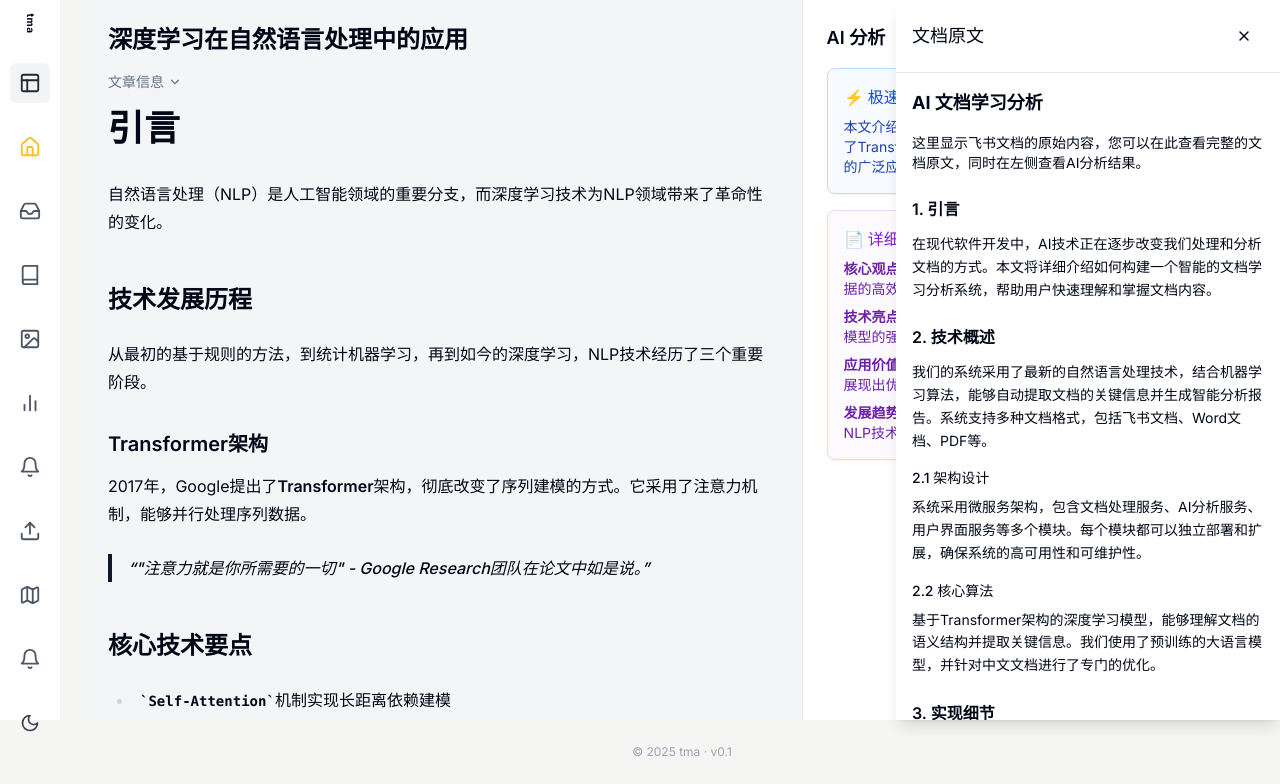
Repository: huzi7555/zsk888
Page: /demo, after clicking the first element matching `button.fixed`
These files come from the project's save history. The page is drawn as it stood at one moment and after the next save; the edit follows.
The browser window is 1280 px wide. The pictures show the whole page.
An inner scrolling area shows only its first screen. The project was rebuilt for these pictures with package versions that can differ from the ones it lists, and the page was loaded fresh each time. The framework's server and built-in components were replaced by stand-ins that run in the browser. Also part of the build but not shown: next.config.mjs, app/components/RichEditor.tsx, app/components/SourceSelector.tsx, app/components/TagChip.tsx, app/store.ts, app/utils/aiFake.ts, app/utils/docParsers.ts, components/ui/input.tsx and 2 more.

Above is the page before, as saved 2025-06-11 10:46:51.

### app/layout.tsx
import "@/app/globals.css"
import type { ReactNode } from "react"
import { ThemeProvider } from "@/components/theme-provider"
import type { Metadata } from "next"
import { Inter as FontSans } from "next/font/google"
import { cn } from "@/lib/utils"
import LayoutShell from "@/app/components/LayoutShell"

const fontSans = FontSans({
  subsets: ["latin"],
  variable: "--font-sans",
})

export const metadata: Metadata = {
  title: "Taskmaster AI",
  description: "Your intelligent task management assistant.",
}

export default function RootLayout({ children }: { children: ReactNode }) {
  return (
    <html lang="en" suppressHydrationWarning>
      <head />
      <body
        className={cn(
          "min-h-screen bg-stone-100 font-sans antialiased dark:bg-stone-950",
          fontSans.variable
        )}
      >
        <ThemeProvider attribute="class" defaultTheme="system" enableSystem disableTransitionOnChange>
          <LayoutShell>{children}</LayoutShell>
        </ThemeProvider>
      </body>
    </html>
  )
}

### app/demo/page.tsx
import ArticleAnalysisLayout from "@/components/ArticleAnalysisLayout";

export default function DemoPage() {
  const mockArticle = {
    title: "深度学习在自然语言处理中的应用",
    content: `
      <h1>引言</h1>
      <p>自然语言处理（NLP）是人工智能领域的重要分支，而深度学习技术为NLP领域带来了革命性的变化。</p>

      <h2>技术发展历程</h2>
      <p>从最初的基于规则的方法，到统计机器学习，再到如今的深度学习，NLP技术经历了三个重要阶段。</p>

      <h3>Transformer架构</h3>
      <p>2017年，Google提出了<strong>Transformer</strong>架构，彻底改变了序列建模的方式。它采用了注意力机制，能够并行处理序列数据。</p>

      <blockquote>
        <p>"注意力就是你所需要的一切" - Google Research团队在论文中如是说。</p>
      </blockquote>

      <h2>核心技术要点</h2>
      <ul>
        <li><code>Self-Attention</code>机制实现长距离依赖建模</li>
        <li>多头注意力提升模型表达能力</li>
        <li>位置编码处理序列位置信息</li>
        <li>残差连接和层归一化确保训练稳定性</li>
      </ul>

      <h2>应用场景</h2>
      <p>深度学习在NLP中的应用非常广泛：</p>
      <ol>
        <li>机器翻译系统</li>
        <li>文本摘要生成</li>
        <li>对话系统与聊天机器人</li>
        <li>情感分析与文本分类</li>
      </ol>

      <h2>未来展望</h2>
      <p>随着大型语言模型的不断发展，我们期待看到更多创新的应用场景。从GPT系列到最新的多模态模型，技术发展日新月异。</p>
    `,
    meta: (
      <div className="space-y-2">
        <div><strong>作者:</strong> AI研究团队</div>
        <div><strong>发布时间:</strong> 2024年1月15日</div>
        <div><strong>字数:</strong> 约 1,200 字</div>
        <div><strong>标签:</strong> 深度学习, NLP, Transformer, AI</div>
        <div><strong>来源:</strong> 技术博客</div>
      </div>
    )
  };

  const mockAnalysis = {
    speedy: (
      <div>
        <h4 className="font-medium text-blue-700 mb-2">⚡ 极速摘要</h4>
        <p className="text-sm text-blue-800">
          本文介绍了深度学习在自然语言处理中的革命性应用，重点阐述了Transformer架构的重要性及其在机器翻译、文本摘要等领域的广泛应用前景。
        </p>
      </div>
    ),
    detail: (
      <div>
        <h4 className="font-medium text-purple-700 mb-2">📄 详细分析</h4>
        <div className="text-sm text-purple-800 space-y-2">
          <p><strong>核心观点:</strong> Transformer架构通过自注意力机制实现了对序列数据的高效并行处理。</p>
          <p><strong>技术亮点:</strong> 多头注意力、位置编码、残差连接等关键技术确保了模型的强大表达能力。</p>
          <p><strong>应用价值:</strong> 在机器翻译、对话系统、文本分类等多个NLP任务中展现出优异性能。</p>
          <p><strong>发展趋势:</strong> 从GPT到多模态模型，大型语言模型正在不断推动NLP技术边界。</p>
        </div>
      </div>
    )
  };

  return (
    <div className="h-screen">
      <ArticleAnalysisLayout
        article={mockArticle}
        analysis={mockAnalysis}
      />
    </div>
  );
}

### app/globals.css
@tailwind base;
@tailwind components;
@tailwind utilities;

body {
  font-family: Arial, Helvetica, sans-serif;
}

@layer utilities {
  .text-balance {
    text-wrap: balance;
  }
}

@layer base {
  :root {
    --background: 0 0% 100%;
    --foreground: 222.2 84% 4.9%;
    --card: 0 0% 100%;
    --card-foreground: 222.2 84% 4.9%;
    --popover: 0 0% 100%;
    --popover-foreground: 222.2 84% 4.9%;
    --primary: 222.2 47.4% 11.2%;
    --primary-foreground: 210 40% 98%;
    --secondary: 210 40% 96.1%;
    --secondary-foreground: 222.2 47.4% 11.2%;
    --muted: 210 40% 96.1%;
    --muted-foreground: 215.4 16.3% 46.9%;
    --accent: 210 40% 96.1%;
    --accent-foreground: 222.2 47.4% 11.2%;
    --destructive: 0 84.2% 60.2%;
    --destructive-foreground: 210 40% 98%;
    --border: 214.3 31.8% 91.4%;
    --input: 214.3 31.8% 91.4%;
    --ring: 222.2 84% 4.9%;
    --chart-1: 12 76% 61%;
    --chart-2: 173 58% 39%;
    --chart-3: 197 37% 24%;
    --chart-4: 43 74% 66%;
    --chart-5: 27 87% 67%;
    --radius: 0.5rem;
    --sidebar-background: 0 0% 98%; /* Will be overridden by global background */
    --sidebar-foreground: 240 5.3% 26.1%;
    --sidebar-primary: 240 5.9% 10%;
    --sidebar-primary-foreground: 0 0% 98%;
    --sidebar-accent: 240 4.8% 95.9%;
    --sidebar-accent-foreground: 240 5.9% 10%;
    --sidebar-border: 220 13% 91%;
    --sidebar-ring: 217.2 91.2% 59.8%;
    --page-bg: var(--background); /* Added for static header background */
  }
  .dark {
    --background: 222.2 84% 4.9%;
    --foreground: 210 40% 98%;
    --card: 222.2 84% 4.9%;
    --card-foreground: 210 40% 98%;
    --popover: 222.2 84% 4.9%;
    --popover-foreground: 210 40% 98%;
    --primary: 210 40% 98%;
    --primary-foreground: 222.2 47.4% 11.2%;
    --secondary: 217.2 32.6% 17.5%;
    --secondary-foreground: 210 40% 98%;
    --muted: 217.2 32.6% 17.5%;
    --muted-foreground: 215 20.2% 65.1%;
    --accent: 217.2 32.6% 17.5%;
    --accent-foreground: 210 40% 98%;
    --destructive: 0 62.8% 30.6%;
    --destructive-foreground: 210 40% 98%;
    --border: 217.2 32.6% 17.5%;
    --input: 217.2 32.6% 17.5%;
    --ring: 212.7 26.8% 83.9%;
    --chart-1: 220 70% 50%;
    --chart-2: 160 60% 45%;
    --chart-3: 30 80% 55%;
    --chart-4: 280 65% 60%;
    --chart-5: 340 75% 55%;
    --sidebar-background: 240 5.9% 10%; /* Will be overridden by global background */
    --sidebar-foreground: 240 4.8% 95.9%;
    --sidebar-primary: 224.3 76.3% 48%;
    --sidebar-primary-foreground: 0 0% 100%;
    --sidebar-accent: 240 3.7% 15.9%;
    --sidebar-accent-foreground: 240 4.8% 95.9%;
    --sidebar-border: 240 3.7% 15.9%;
    --sidebar-ring: 217.2 91.2% 59.8%;
    --page-bg-dark: var(--background); /* Added for static header background in dark mode */
  }
}

@layer base {
  * {
    @apply border-border;
  }
  html,
  body {
    /* Changed from body to html, body */
    @apply bg-background text-foreground;
  }
}

/* Markdown styling for prose */
.prose {
  color: var(--foreground);
}

.prose h1,
.prose h2,
.prose h3,
.prose h4,
.prose h5,
.prose h6 {
  color: var(--foreground);
}

.prose p {
  color: var(--foreground);
}

.prose a {
  color: var(--primary);
}

.prose code {
  background-color: var(--muted);
  color: var(--muted-foreground);
}

.prose pre {
  background-color: var(--muted);
  color: var(--muted-foreground);
}

.dark .prose {
  color: var(--foreground); /* In dark mode, foreground is light */
}

.dark .prose h1,
.dark .prose h2,
.dark .prose h3,
.dark .prose h4,
.dark .prose h5,
.dark .prose h6 {
  color: var(--foreground);
}

.dark .prose p {
  color: var(--foreground);
}

.dark .prose a {
  color: var(--primary); /* Primary is light in dark mode */
}

.dark .prose code {
  background-color: var(--muted);
  color: var(--muted-foreground);
}

.dark .prose pre {
  background-color: var(--muted);
  color: var(--muted-foreground);
}

### app/components/LayoutShell.tsx
"use client"
import { useState, type ReactNode } from "react"
import { LayoutPanelLeft } from "lucide-react"
import SideBar from "@/app/components/SideBar"
import { SiteFooter } from "@/app/components/SiteFooter"
import AppHeader from "@/app/components/AppHeader"
export default function LayoutShell({ children }: { children: ReactNode }) {
  const [collapsed, setCollapsed] = useState(false)

  const toggleCollapsed = () => setCollapsed(!collapsed)

  return (
    <>
      {/* SideBar with toggle function passed */}
      <SideBar collapsed={collapsed} toggleCollapsed={toggleCollapsed} />

      {/* AppHeader with quick upload button */}
      <AppHeader />

      {/* Collapsed state toggle button - only visible when sidebar is collapsed */}
      {collapsed && (
        <button
          onClick={toggleCollapsed}
          aria-label="Expand sidebar"
          className="fixed top-4 left-4 z-40 w-10 h-10 rounded-md bg-white shadow-sm transition
                   text-gray-800 hover:text-gray-900
                   flex items-center justify-center"
        >
          <LayoutPanelLeft size={22} />
        </button>
      )}

      {/* Content */}
      <div className={`min-h-screen flex flex-col transition-all duration-300 ${collapsed ? "pl-6" : "pl-[84px]"}`}>
        <main className="flex-1">{children}</main>
        <SiteFooter />
      </div>


    </>
  )
}

### app/components/SiteFooter.tsx
"use client"

export function SiteFooter() {
  return <footer className="w-full py-6 text-center text-xs text-gray-400">© 2025&nbsp;tma&nbsp;·&nbsp;v0.1</footer>
}

### app/components/AppHeader.tsx
"use client"
import QuickUploadTrigger from "@/app/components/QuickUploadTrigger"

export default function AppHeader() {
  return (
    <header className="fixed top-0 right-0 z-40 p-4">
      <QuickUploadTrigger />
    </header>
  )
}

### components/ui/card.tsx
import * as React from "react"

import { cn } from "@/lib/utils"

const Card = React.forwardRef<
  HTMLDivElement,
  React.HTMLAttributes<HTMLDivElement>
>(({ className, ...props }, ref) => (
  <div
    ref={ref}
    className={cn(
      "rounded-lg border bg-card text-card-foreground shadow-sm",
      className
    )}
    {...props}
  />
))
Card.displayName = "Card"

const CardHeader = React.forwardRef<
  HTMLDivElement,
  React.HTMLAttributes<HTMLDivElement>
>(({ className, ...props }, ref) => (
  <div
    ref={ref}
    className={cn("flex flex-col space-y-1.5 p-6", className)}
    {...props}
  />
))
CardHeader.displayName = "CardHeader"

const CardTitle = React.forwardRef<
  HTMLDivElement,
  React.HTMLAttributes<HTMLDivElement>
>(({ className, ...props }, ref) => (
  <div
    ref={ref}
    className={cn(
      "text-2xl font-semibold leading-none tracking-tight",
      className
    )}
    {...props}
  />
))
CardTitle.displayName = "CardTitle"

const CardDescription = React.forwardRef<
  HTMLDivElement,
  React.HTMLAttributes<HTMLDivElement>
>(({ className, ...props }, ref) => (
  <div
    ref={ref}
    className={cn("text-sm text-muted-foreground", className)}
    {...props}
  />
))
CardDescription.displayName = "CardDescription"

const CardContent = React.forwardRef<
  HTMLDivElement,
  React.HTMLAttributes<HTMLDivElement>
>(({ className, ...props }, ref) => (
  <div ref={ref} className={cn("p-6 pt-0", className)} {...props} />
))
CardContent.displayName = "CardContent"

const CardFooter = React.forwardRef<
  HTMLDivElement,
  React.HTMLAttributes<HTMLDivElement>
>(({ className, ...props }, ref) => (
  <div
    ref={ref}
    className={cn("flex items-center p-6 pt-0", className)}
    {...props}
  />
))
CardFooter.displayName = "CardFooter"

export { Card, CardHeader, CardFooter, CardTitle, CardDescription, CardContent }

### components/ui/button.tsx
import * as React from "react"
import { Slot } from "@radix-ui/react-slot"
import { cva, type VariantProps } from "class-variance-authority"

import { cn } from "@/lib/utils"

const buttonVariants = cva(
  "inline-flex items-center justify-center gap-2 whitespace-nowrap rounded-md text-sm font-medium ring-offset-background transition-colors focus-visible:outline-none disabled:pointer-events-none disabled:opacity-50 [&_svg]:pointer-events-none [&_svg]:size-4 [&_svg]:shrink-0",
  {
    variants: {
      variant: {
        default: "bg-primary text-primary-foreground hover:bg-primary/90",
        destructive: "bg-destructive text-destructive-foreground hover:bg-destructive/90",
        outline: "border border-input bg-background hover:bg-accent hover:text-accent-foreground",
        secondary: "bg-secondary text-secondary-foreground hover:bg-secondary/80",
        ghost: "hover:bg-accent hover:text-accent-foreground",
        link: "text-primary underline-offset-4 hover:underline",
      },
      size: {
        default: "h-10 px-4 py-2",
        sm: "h-9 rounded-md px-3",
        lg: "h-11 rounded-md px-8",
        icon: "h-10 w-10",
      },
    },
    defaultVariants: {
      variant: "default",
      size: "default",
    },
  },
)

export interface ButtonProps
  extends React.ButtonHTMLAttributes<HTMLButtonElement>,
    VariantProps<typeof buttonVariants> {
  asChild?: boolean
}

const Button = React.forwardRef<HTMLButtonElement, ButtonProps>(
  ({ className, variant, size, asChild = false, type = "button", ...props }, ref) => {
    const Comp = asChild ? Slot : "button"
    return <Comp className={cn(buttonVariants({ variant, size, className }))} ref={ref} type={type} {...props} />
  },
)
Button.displayName = "Button"

export { Button, buttonVariants }

### components/ChatDrawer.tsx
"use client";

import { AnimatePresence, motion } from "framer-motion";
import { X } from "lucide-react";
import { Button } from "@/components/ui/button";

interface ChatDrawerProps {
  open: boolean;
  onClose: () => void;
}

/**
 * 右侧抽屉
 * ------------------------------------------------------------------
 * ✧ 固定在 viewport 右侧（`right-0`）\
 * ✧ 宽度：移动端占满宽度；≥ 768 px 时固定 384 px（`w-full md:w-96`）\
 * ✧ framer-motion 进入 / 退出动画\
 * ------------------------------------------------------------------
 */
export default function ChatDrawer({ open, onClose }: ChatDrawerProps) {
  return (
    <AnimatePresence>
      {open && (
        <motion.div
          key="chat-drawer"
          initial={{ x: "100%" }}
          animate={{ x: 0 }}
          exit={{ x: "100%" }}
          transition={{ type: "tween", duration: 0.25 }}
          className="fixed inset-y-0 right-0 z-50 w-full md:w-96 shadow-lg bg-background flex flex-col outline-none"
        >
          {/* —— 顶部栏 —— */}
          <div className="flex items-center justify-between p-4 border-b">
            <h2 className="font-medium text-lg">文档原文</h2>
            <Button
              onClick={onClose}
              variant="ghost"
              size="icon"
              aria-label="关闭"
            >
              <X className="h-5 w-5" />
            </Button>
          </div>

          {/* —— 内容区域 —— */}
          <div className="flex-1 overflow-y-auto p-4 space-y-3">
            <div className="prose prose-sm max-w-none">
              <h1 className="text-lg font-bold mb-4">AI 文档学习分析</h1>
              <p className="text-gray-600 text-sm mb-4">
                这里显示飞书文档的原始内容，您可以在此查看完整的文档原文，同时在左侧查看AI分析结果。
              </p>

              <h2 className="text-base font-semibold mt-6 mb-3">1. 引言</h2>
              <p className="text-gray-700 text-sm mb-4 leading-relaxed">
                在现代软件开发中，AI技术正在逐步改变我们处理和分析文档的方式。本文将详细介绍如何构建一个智能的文档学习分析系统，帮助用户快速理解和掌握文档内容。
              </p>

              <h2 className="text-base font-semibold mt-6 mb-3">2. 技术概述</h2>
              <p className="text-gray-700 text-sm mb-4 leading-relaxed">
                我们的系统采用了最新的自然语言处理技术，结合机器学习算法，能够自动提取文档的关键信息并生成智能分析报告。系统支持多种文档格式，包括飞书文档、Word文档、PDF等。
              </p>

              <h3 className="text-sm font-medium mt-4 mb-2">2.1 架构设计</h3>
              <p className="text-gray-700 text-sm mb-3 leading-relaxed">
                系统采用微服务架构，包含文档处理服务、AI分析服务、用户界面服务等多个模块。每个模块都可以独立部署和扩展，确保系统的高可用性和可维护性。
              </p>

              <h3 className="text-sm font-medium mt-4 mb-2">2.2 核心算法</h3>
              <p className="text-gray-700 text-sm mb-3 leading-relaxed">
                基于Transformer架构的深度学习模型，能够理解文档的语义结构并提取关键信息。我们使用了预训练的大语言模型，并针对中文文档进行了专门的优化。
              </p>

              <h2 className="text-base font-semibold mt-6 mb-3">3. 实现细节</h2>
              <p className="text-gray-700 text-sm mb-4 leading-relaxed">
                详细的实现包括数据预处理、模型训练、推理优化等多个步骤。我们特别关注了中文文本的特殊处理，包括分词、实体识别、关系提取等。
              </p>

              <h3 className="text-sm font-medium mt-4 mb-2">3.1 数据预处理</h3>
              <p className="text-gray-700 text-sm mb-3 leading-relaxed">
                文档首先经过格式化处理，去除无关的格式信息，保留核心文本内容。然后进行分段、分句等预处理步骤。
              </p>

              <h3 className="text-sm font-medium mt-4 mb-2">3.2 特征提取</h3>
              <p className="text-gray-700 text-sm mb-3 leading-relaxed">
                使用预训练模型提取文本的语义特征，生成高维向量表示，为后续的分析和理解提供基础。
              </p>

              <h2 className="text-base font-semibold mt-6 mb-3">4. 功能特性</h2>
              <ul className="text-gray-700 text-sm space-y-2 mb-4">
                <li>• 智能摘要生成：自动提取文档关键信息</li>
                <li>• 结构化分析：识别文档的层次结构</li>
                <li>• 关键词提取：自动标记重要概念</li>
                <li>• 问答系统：基于文档内容的智能问答</li>
              </ul>

              <h2 className="text-base font-semibold mt-6 mb-3">5. 总结</h2>
              <p className="text-gray-700 text-sm mb-4 leading-relaxed">
                通过本系统，用户可以快速获得文档的核心内容和智能分析，大大提高了学习和工作效率。未来我们将继续优化算法，提升分析的准确性和实用性。
              </p>
            </div>
          </div>
        </motion.div>
      )}
    </AnimatePresence>
  );
}

### components/FoldableMeta.tsx
"use client";

import { useState } from "react";
import { ChevronDown, ChevronUp } from "lucide-react";

export default function FoldableMeta({ children }: { children: React.ReactNode }) {
  const [open, setOpen] = useState(false);

  return (
    <div className="mb-4">
      <button
        onClick={() => setOpen(!open)}
        className="flex items-center gap-1 text-sm text-muted-foreground hover:text-foreground transition-colors"
      >
        文章信息 {open ? <ChevronUp size={14} /> : <ChevronDown size={14} />}
      </button>
      {open && (
        <div className="mt-2 text-sm text-muted-foreground bg-muted/30 rounded-lg p-3 border">
          {children}
        </div>
      )}
    </div>
  );
}

### app/components/QuickUploadTrigger.tsx
"use client"
import * as Dialog from "@radix-ui/react-dialog"
import { useRef } from "react"
import { Zap } from "lucide-react"
import { Button } from "@/components/ui/button"
import UploadFormContent from "@/app/components/UploadFormContent"

export default function QuickUploadTrigger() {
  const formRef = useRef<{ submit: () => void } | null>(null)

  return (
    <Dialog.Root>
      <Dialog.Trigger asChild>
        <Button
          variant="ghost"
          size="icon"
          className="text-gray-600 hover:text-gray-800 transition-colors dark:text-gray-400 dark:hover:text-white"
          title="快速上传"
        >
          <Zap size={20} />
        </Button>
      </Dialog.Trigger>
      <Dialog.Portal>
        <Dialog.Content
          className="fixed right-0 top-0 h-full w-[480px] flex flex-col
                                  bg-white dark:bg-[#333] shadow z-50" // z-50 retained
        >
          <div className="flex-1 overflow-y-auto p-6">
            <UploadFormContent ref={formRef} showFooter={false} />
          </div>

          {/* 统一的确认条（只有这一条） */}
          <div
            className="h-16 shrink-0 flex items-center justify-end gap-4 px-6 border-t
                          bg-white/90 dark:bg-[#222]/90 backdrop-blur"
          >
            <Dialog.Close asChild>
              <Button variant="ghost" className="text-gray-600 hover:text-black dark:text-gray-300">
                取消
              </Button>
            </Dialog.Close>

            {/* 用 Dialog.Close 包裹确认按钮，提交后自动关闭 */}
            <Dialog.Close asChild>
              <Button variant="default" onClick={() => formRef.current?.submit()}>
                确认上传
              </Button>
            </Dialog.Close>
          </div>
        </Dialog.Content>
      </Dialog.Portal>
    </Dialog.Root>
  )
}

### tailwind.config.ts
import type { Config } from "tailwindcss"
import { fontFamily } from "tailwindcss/defaultTheme"

const config = {
  darkMode: ["class"],
  content: [
    './app/**/*.{js,ts,jsx,tsx,mdx}',
    './components/**/*.{js,ts,jsx,tsx,mdx}',
  ],
  prefix: "",
  theme: {
    container: {
      center: true,
      padding: "2rem",
      screens: {
        "2xl": "1400px",
      },
    },
    extend: {
      fontFamily: {
        sans: ["var(--font-sans)", ...fontFamily.sans],
      },
      colors: {
        border: "hsl(var(--border))",
        input: "hsl(var(--input))",
        ring: "hsl(var(--ring))",
        background: "hsl(var(--background))",
        foreground: "hsl(var(--foreground))",
        primary: {
          DEFAULT: "hsl(var(--primary))",
          foreground: "hsl(var(--primary-foreground))",
        },
        secondary: {
          DEFAULT: "hsl(var(--secondary))",
          foreground: "hsl(var(--secondary-foreground))",
        },
        destructive: {
          DEFAULT: "hsl(var(--destructive))",
          foreground: "hsl(var(--destructive-foreground))",
        },
        muted: {
          DEFAULT: "hsl(var(--muted))",
          foreground: "hsl(var(--muted-foreground))",
        },
        accent: {
          DEFAULT: "hsl(var(--accent))",
          foreground: "hsl(var(--accent-foreground))",
        },
        popover: {
          DEFAULT: "hsl(var(--popover))",
          foreground: "hsl(var(--popover-foreground))",
        },
        card: {
          DEFAULT: "hsl(var(--card))",
          foreground: "hsl(var(--card-foreground))",
        },
      },
      borderRadius: {
        lg: "var(--radius)",
        md: "calc(var(--radius) - 2px)",
        sm: "calc(var(--radius) - 4px)",
      },
      keyframes: {
        "accordion-down": {
          from: { height: "0" },
          to: { height: "var(--radix-accordion-content-height)" },
        },
        "accordion-up": {
          from: { height: "var(--radix-accordion-content-height)" },
          to: { height: "0" },
        },
      },
      animation: {
        "accordion-down": "accordion-down 0.2s ease-out",
        "accordion-up": "accordion-up 0.2s ease-out",
      },
      transitionProperty: {
        'width': 'width',
        'width-height': 'width, height',
      },
    },
  },
  plugins: [require("tailwindcss-animate"), require("@tailwindcss/typography")],
} satisfies Config

export default config

Loaded but not shown: components/theme-provider.tsx (common file); lib/utils.ts (common file); components/ArticleAnalysisLayout.tsx (323 lines, source omitted); app/components/SideBar.tsx (137 lines, source omitted)

After the next save:
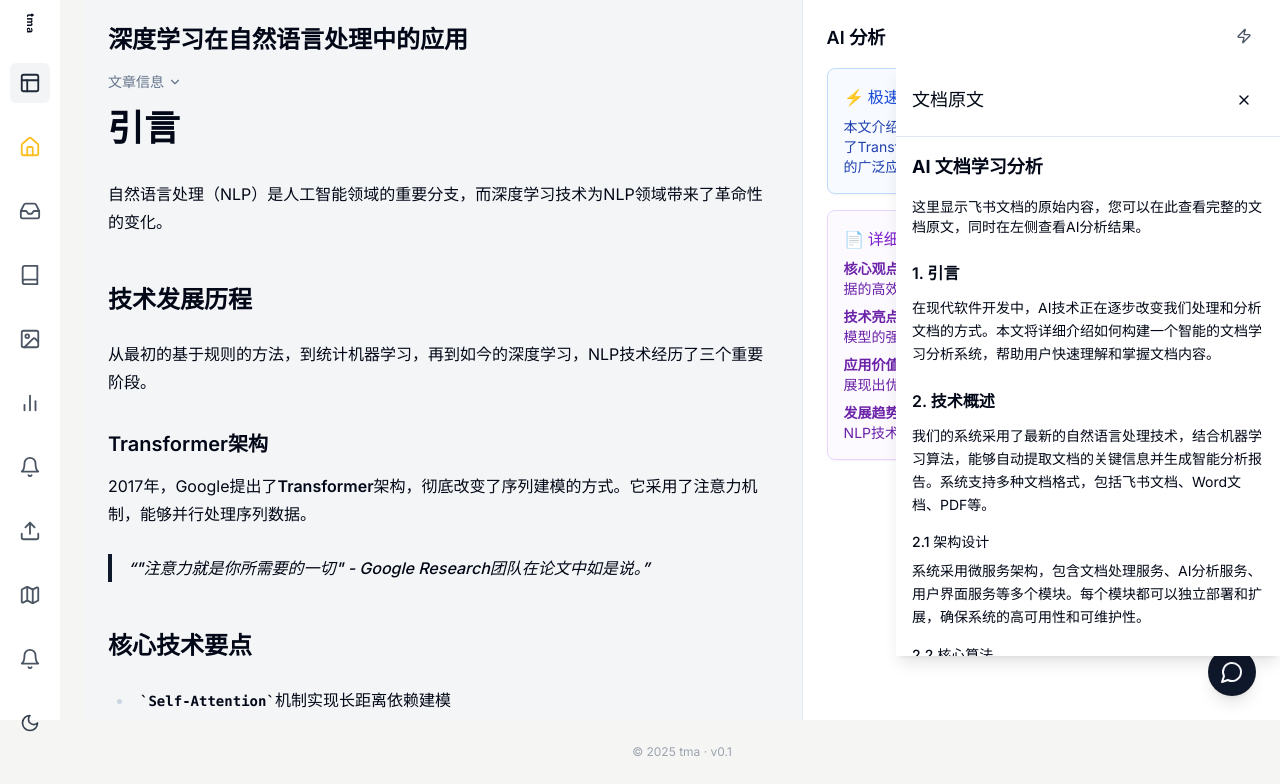
Saved 10 s later.
--- a/components/ChatDrawer.tsx
+++ b/components/ChatDrawer.tsx
@@ -27,7 +27,7 @@ export default function ChatDrawer({ open, onClose }: ChatDrawerProps) {
           animate={{ x: 0 }}
           exit={{ x: "100%" }}
           transition={{ type: "tween", duration: 0.25 }}
-          className="fixed inset-y-0 right-0 z-50 w-full md:w-96 shadow-lg bg-background flex flex-col outline-none"
+          className="fixed top-16 bottom-16 right-0 z-50 w-full md:w-96 shadow-lg bg-background flex flex-col outline-none"
         >
           {/* —— 顶部栏 —— */}
           <div className="flex items-center justify-between p-4 border-b">
